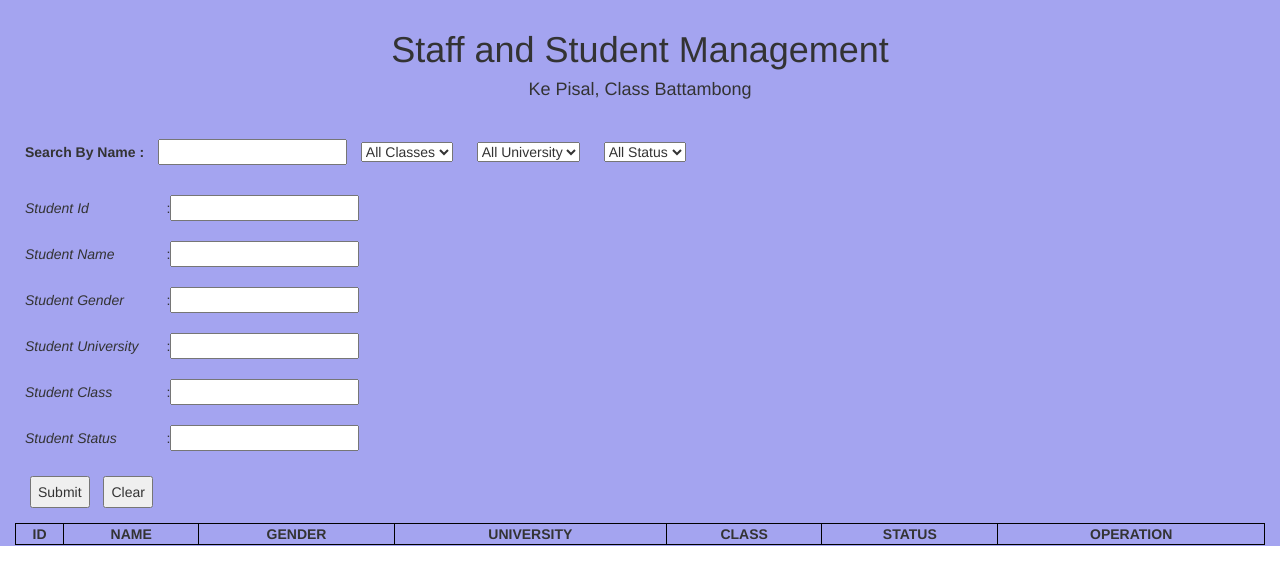
Repository: kepisal/ServletJAVA
Page: http://localhost/AjaxStaffandStudent/
An editor plug-in stored every save of this project. The page is shown before and after the next save, followed by the edit.
The browser window is 1280 px wide. The pictures show the whole page.
The page is served by Tomcat 9. Other server files are loaded and not shown. Queries for data that is not in the repository find no rows.

Above is the page before, as saved 2015-07-10 16:41:31.

### AjaxStaffandStudent/WebContent/index.jsp
<%@ page language="java" contentType="text/html; charset=ISO-8859-1"
	pageEncoding="ISO-8859-1"%>
<!DOCTYPE html>
<html>
<head>
<meta http-equiv="Content-Type" content="text/html; charset=ISO-8859-1">
<title>Staff and Student Management</title>
<link rel="stylesheet" type="text/css"
	href="bootstrap/css/bootstrap.css">
<!-- <link rel="stylesheet" type="text/css" href="css/style.css"> -->

<!-- <script
	src="http://ajax.googleapis.com/ajax/libs/jquery/1.11.3/jquery.min.js"></script> -->
<script type="text/javascript" src="js/jquery-min.js"></script>
<script type="text/javascript" src="bootstrap/js/bootstrap.js"></script>
<script type="text/javascript" src="bootstrap/js/bootstrap.min.js"></script>
<style type="text/css">
.maincontent {
	background-color: #A4A4F0;
}

#title {
	padding: 10px;
	width: 100%;
}

option {
	height: 23px;
}

.mytb td, .mytb th {
	border: 1px solid black;
	border-collapse: collapse;
	text-align: center;
}

#title {
	text-align: center;
}

img {
	width: 20px;
}

#classlist, #universitylist, #txtinput, #statuslist {
	display: inline-block;
	margin: 10px;
}

button {
	margin: 5px;
	height: 32px
}

.stuform td {
	padding: 10px;
	border: 0px;
}
</style>
</head>
<body>
	<div class="maincontent col-sm-12">
		<div id="sheader">
			<div id="title">
				<h1>Staff and Student Management</h1>
				<h4>Ke Pisal, Class Battambong</h4>
			</div>
			<div id="classlist">
				<label>Search By Name : </label> <input type=text id=txtinput /> <select
					id=classselected onclick="searchClass()">

				</select>
			</div>
			<div id="universitylist">
				<select id=unvselected onclick="searchUniversity()">

				</select>
			</div>
			<div id="statuslist">
				<select id=statusselected onclick="searchStatus()">
					<option value=''>All Status</option>
					<option value=1>Active</option>
					<option value=0>Deactive</option>
				</select>
			</div>
		</div>
		<div id="sform">
			<table class="stuform">
				<tr>
					<td><i>Student Id</i></td>
					<td>&nbsp;&nbsp;:<input /></td>
				</tr>
				<tr>
					<td><i>Student Name </i></td>
					<td>&nbsp;&nbsp;:<input /></td>
				</tr>
				<tr>
					<td><i>Student Gender </i></td>
					<td>&nbsp;&nbsp;:<input /></td>
				</tr>
				<tr>
					<td><i>Student University </i></td>
					<td>&nbsp;&nbsp;:<input /></td>
				</tr>
				<tr>
					<td><i>Student Class </i></td>
					<td>&nbsp;&nbsp;:<input /></td>
				</tr>
				<tr>
					<td><i>Student Status </i></td>
					<td>&nbsp;&nbsp;:<input /></td>
				</tr>
				<tr>
					<td colspan="2"><button id="btnadd btn btn-success"
							onclick="add()">Submit</button>
						<button id="btnclear btn btn-success" onclick="add()">Clear</button></td>
				</tr>
			</table>
		</div>
		<div id="sbody">
			<table class="mytb col-sm-12">
				<thead>
					<tr>
						<th>ID</th>
						<th>NAME</th>
						<th>GENDER</th>
						<th>UNIVERSITY</th>
						<th>CLASS</th>
						<th>STATUS</th>
						<th>OPERATION</th>
					</tr>
				</thead>
				<tbody id="tblist">
				</tbody>
			</table>
			<div id="sdetails">
				<!-- <i><h2>-------------Information Detail------------</h2></i> <label>ID
				:</label>
			<h3 id="stuid"></h3>
			<label>NAME :</label>
			<h3 id="stuname"></h3>
			<label>GENDER :</label>
			<h3 id="stugender"></h3>
			<label>UINVERSITY :</label>
			<h3 id="stuuniversity"></h3>
			<label>CLASS :</label>
			<h3 id="stuclass"></h3>
			<label>STATUS :</label>
			<h3 id="stustatus">ss</h3>
			<i><h2>-------------Information Detail------------</h2></i> -->
			</div>
		</div>
		<div class="col-sm-3"></div>
	</div>
	<script type="text/javascript" src="js/script.js"></script>
</body>
</html>

### AjaxStaffandStudent/WebContent/js/script.js
$(document).ready(function() {
	lists(); // list all objects in table
	droplist(); // list all objects in dropdownlist(class, university)
	$("#txtinput").keyup(function() {
		searchName($("#txtinput").val()); // action keyup on textbox
	});
});
/*
 * @param : data is JSon generate <option> value </option> for dropdownlist
 * class
 */
function classlist(data) {
	var str = "";
	str += "<option value=''>All Classes</option>;";
	for (var i = 0; i < data.length; i++) {
		str += "<option value=" + data[i].classes + ">" + data[i].classes;
	}
	str += "</option>";
	return str;
}
/*
 * @param : data is JSon generate <option> value </option> for dropdownlist
 * university
 */
function unvlist(data) {
	var str = "";
	str += "<option value=''>All University</option>;";
	for (var i = 0; i < data.length; i++) {
		str += "<option value=" + data[i].unversity + ">" + data[i].unversity;
	}
	str += "</optiont>";
	return str;
}

/*
 * get data from url and put into function with param
 */
function droplist() {
	$.post("classlist.hrd", function(data) {
		$("#classselected").html(classlist(data));
	});
	$.post("universitylist.hrd", function(data) {
		$("#unvselected").html(unvlist(data));
	});
}
/*
 * generate rows inside table list
 */
function lists() {
	$.post("listobject.hrd", function(data) {
		$("#tblist").html(listobjectdetails(data));
	});

}
/*
 * create tag <tr><td> value </td></tr> follow data
 */
function listobjectdetails(data) {
	var str = "";
	for (var i = 0; i < data.length; i++) {

		str += "<tr>" + "<td id=studid" + i + ">" + data[i].stuid + "</td>"
				+ "<td>" + data[i].stuname + "</td>" + "<td>"
				+ checkGender(data[i].gender) + "</td>" + "<td>"
				+ data[i].unversity + "</td>" + "<td>" + data[i].classes
				+ "</td>" + "<td>" + checkStatus(data[i].status, i) + "</td>"
				+ "<td><button class=btnEdit" + i + " onclick=editFun(" + i
				+ ")>Edit</button><button class=btnRemove" + i
				+ " onclick=removeFun(" + i
				+ ")>Remove</button><button  class=btnView" + i
				+ " onclick=viewFun(" + i + ")>View</button></td>" + "</tr>";
	}

	str += "</table>";

	return str;
}
/*
 * create form for edit and insertion
 */
function myform() {
	var str = "";
}

/*
 * change value 0,1 to male and female
 */
function checkGender(data) {
	var gender;
	if (data == 0) {
		gender = "Male";
	} else {
		gender = "Female";
	}
	return gender;
}
/*
 * change value 0,1 to image 0.png and 1.png
 */
function checkStatus(data, i) {
	var img;
	if (data == 0) {
		img = "<a href=#><img src=img/0.png id=mydata" + i
				+ " onclick=updateStatus(" + i + "," + data + ")></a>";
	} else {
		img = "<a href=#><img src=img/1.png id=mydata" + i
				+ " onclick=updateStatus(" + i + "," + data + ")></a>";
	}
	return img;
}
/*
 * @param : id, value id -> id of each students value -> value of status update
 * status
 */
function updateStatus(id, value) {
	var stuid = $("#studid" + id).text();
	var active;
	if (value == 0) {
		active = 1;
	} else {
		active = 0;
	}
	$.post("editobject.hrd", {
		stu_id : stuid,
		stu_status : active
	}, function(data) {
		lists();
	});
}
/*
 * search by name()
 */
function searchName() {
	var stuname = $('#txtinput').val();
	var stuclass = $('#classselected option:selected').val();
	var stuuniver = $('#unvselected option:selected').val();
	var stustatus = $('#statusselected option:selected').val();
	if (stuname == '') {
		lists();
	}
	$.post("searchobject.hrd", {
		stu_name : stuname,
		stu_class : stuclass,
		stu_university : stuuniver,
		stu_status : stustatus
	}, function(data) {
		$("#tblist").html(listobjectdetails(data));
	});
}
/*
 * search by class()
 */
function searchClass() {
	var stuname = $('#txtinput').val();
	var stuclass = $('#classselected option:selected').val();
	var stuuniver = $('#unvselected option:selected').val();
	var stustatus = $('#statusselected option:selected').val();
	$.post("searchobject.hrd", {
		stu_name : stuname,
		stu_class : stuclass,
		stu_university : stuuniver,
		stu_status : stustatus
	}, function(data) {
		$("#tblist").html(listobjectdetails(data));
	});
}
/*
 * search by university()
 */
function searchUniversity() {
	var stuname = $('#txtinput').val();
	var stuclass = $('#classselected option:selected').val();
	var stuuniver = $('#unvselected option:selected').val();
	var stustatus = $('#statusselected option:selected').val();
	$.post("searchobject.hrd", {
		stu_name : stuname,
		stu_class : stuclass,
		stu_university : stuuniver,
		stu_status : stustatus
	}, function(data) {
		$("#tblist").html(listobjectdetails(data));
	});
}
/*
 * search by status()
 */
function searchStatus() {
	var stuname = $('#txtinput').val();
	var stuclass = $('#classselected option:selected').val();
	var stuuniver = $('#unvselected option:selected').val();
	var stustatus = $('#statusselected option:selected').val();
	$.post("searchobject.hrd", {
		stu_name : stuname,
		stu_class : stuclass,
		stu_university : stuuniver,
		stu_status : stustatus
	}, function(data) {
		$("#tblist").html(listobjectdetails(data));
	});
}
/*
 * Add Function
 */
function add() {
	$("#sbody").load("pages/addForm.html"); // load file from article
}

function editFun(i) {
	alert("This is Edit" + $("#studid" + i).text());
}
function removeFun(i) {
	var stuid = $("#studid" + i).text();
	$.post("deleteobject.hrd", {
		stu_id : stuid
	}, function(data) {
		lists();
	});
}
function viewFun(i) {
	var stuid = $("#studid" + i).text();
	$.post("viewobject.hrd", {
		stu_id : stuid
	}, function(data) {
		$("#sbody").load("pages/viewdetails.html");
	});
}

### AjaxStaffandStudent/src/Controller/Front_Controller.java
package Controller;
import java.io.IOException;

import javax.servlet.RequestDispatcher;
import javax.servlet.ServletException;
import javax.servlet.annotation.WebServlet;
import javax.servlet.http.HttpServlet;
import javax.servlet.http.HttpServletRequest;
import javax.servlet.http.HttpServletResponse;

import Model.ObjectDAO;

@WebServlet("*.hrd")
public class Front_Controller extends HttpServlet {
	private static final long serialVersionUID = 1L;

	public Front_Controller() {
		super();
	}

	protected void doGet(HttpServletRequest request, HttpServletResponse response) throws ServletException, IOException {
		doProcess(request, response);
	}

	protected void doPost(HttpServletRequest request, HttpServletResponse response) throws ServletException, IOException {
		doProcess(request, response);
	}

	protected void doProcess(HttpServletRequest request, HttpServletResponse response) throws ServletException, IOException {
		String RequestURI = request.getRequestURI();

		System.out.println(RequestURI);
		String contextPath = request.getContextPath();
		System.out.println(contextPath);
		String command = RequestURI.substring(contextPath.length());
		ActionForward forward = null;
		Action action = null;

		System.out.println(command);

		switch(command){
			case "/listobject.hrd":
				action = new ListObject();
				try {
					forward = action.execute(request, response);
					System.out.println(forward);
				} catch (Exception e) {
					e.printStackTrace();
				}
				break;
			case "/classlist.hrd":
				action = new classList();
				try {
					forward = action.execute(request, response);
					System.out.println(forward);
				} catch (Exception e) {
					e.printStackTrace();
				}
				break;
			case "/universitylist.hrd":
				action = new universityList();
				try {
					forward = action.execute(request, response);
					System.out.println(forward);
				} catch (Exception e) {
					e.printStackTrace();
				}
				break;
			case "/editobject.hrd":
				action = new EditObject();
				try {
					forward = action.execute(request, response);
				} catch (Exception e) {
					e.printStackTrace();
				}
				break;
			case "/searchobject.hrd":
				action = new Search();
				try {
					forward = action.execute(request, response);
				} catch (Exception e) {
					e.printStackTrace();
				}
				break;
			case "/viewobject.hrd":
				action = new ViewObject();
				try {
					forward = action.execute(request, response);
				} catch (Exception e) {
					e.printStackTrace();
				}
				break;
			case "/deleteobject.hrd":
				action = new DeleteObject();
				try {
					forward = action.execute(request, response);
				} catch (Exception e) {
					e.printStackTrace();
				}
				break;
			default :
				forward = new ActionForward();
				forward.setPath("404.jsp");
				forward.setRedirect(false);
				break;


		}

		if (forward != null) {
			if (forward.isRedirect()) {
				response.sendRedirect(forward.getPath());
			} else {
				RequestDispatcher dispatcher = request
						.getRequestDispatcher(forward.getPath());
				dispatcher.forward(request, response);
			}

		}

	}
}

### AjaxStaffandStudent/src/Controller/ListObject.java
package Controller;

import java.util.ArrayList;

import javax.servlet.http.HttpServletRequest;
import javax.servlet.http.HttpServletResponse;

import com.google.gson.Gson;

import Controller.Action;
import Controller.ActionForward;
import Model.ObjectDAO;
import Model.ObjectDTO;

public class ListObject implements Action {

	@Override
	public ActionForward execute(HttpServletRequest request,
			HttpServletResponse response) throws Exception {

		ObjectDAO dao = new ObjectDAO();
		ArrayList<ObjectDTO> objectlist = dao.list();

		response.setContentType("application/json");
		response.setCharacterEncoding("UTF-8");
		String obj= new Gson().toJson(objectlist);

		response.getWriter().write(obj);


		return null;
	}

}

### AjaxStaffandStudent/src/Model/ObjectDAO.java
package Model;

import java.beans.Statement;
import java.sql.Connection;
import java.sql.DriverManager;
import java.sql.PreparedStatement;
import java.sql.ResultSet;
import java.sql.SQLException;
import java.util.ArrayList;
import java.sql.*;

import javax.naming.InitialContext;
import javax.sql.DataSource;

public class ObjectDAO {
	static Connection cn;

	/*
	 * list all of elements in database return Arraylist objects
	 */
	public ArrayList<ObjectDTO> list() throws SQLException,
			ClassNotFoundException {

		String sql = "select * from hrd_students";
		java.sql.Statement stm = cn.createStatement();
		ResultSet rs = stm.executeQuery(sql);
		ArrayList<ObjectDTO> objectdto = new ArrayList<ObjectDTO>();
		try {
			while (rs.next()) {
				objectdto.add(new ObjectDTO(rs.getString("stu_id"), rs
						.getString("stu_name"), rs.getInt("stu_gender"), rs
						.getString("stu_university"),
						rs.getString("stu_class"), rs.getInt("stu_status")));
			}

		} catch (Exception e) {
			e.printStackTrace();
		}
		return objectdto;
	}

	/*
	 * @param : id and status function update status 0 to 1 and 1 to 0 follow id
	 * return true/false for success or faild
	 */
	public boolean update(String id, int status) throws SQLException {
		try (PreparedStatement pstm = cn
				.prepareStatement("update hrd_students set stu_status=? where stu_id=?");) {

			pstm.setString(1, String.valueOf(status));
			pstm.setString(2, id);
			return pstm.execute();
		} catch (Exception e) {
			e.printStackTrace();
		}
		return false;
	}

	/*
	 * distinct the class value return Arraylist objects (0,1)
	 */
	public ArrayList<ObjectDTO> classList() throws SQLException {
		String sql = "SELECT distinct stu_class FROM hrd_students";
		java.sql.Statement stm = cn.createStatement();
		ResultSet rs = stm.executeQuery(sql);
		ArrayList<ObjectDTO> objectdto = new ArrayList<ObjectDTO>();
		try {
			while (rs.next()) {
				objectdto.add(new ObjectDTO("", "", 0, "", rs
						.getString("stu_class"), 0));
			}
		} catch (Exception e) {
			e.printStackTrace();
		}
		return objectdto;
	}

	/*
	 * distinct the university value return Arraylist objects (0,1)
	 */
	public ArrayList<ObjectDTO> universityList() throws SQLException {
		String sql = "select distinct stu_university from hrd_students";
		java.sql.Statement stm = cn.createStatement();
		ResultSet rs = stm.executeQuery(sql);
		ArrayList<ObjectDTO> objectdto = new ArrayList<ObjectDTO>();
		try {
			while (rs.next()) {
				objectdto.add(new ObjectDTO("", "", 0, rs
						.getString("stu_university"), "", 0));
			}
		} catch (Exception e) {
			e.printStackTrace();
		}
		return objectdto;
	}

	/*
	 * Search all of content by name, class, university and status return as
	 * ArrayList objects
	 */
	public ArrayList<ObjectDTO> search(String name, String classes,
			String university, String status) throws SQLException {
		PreparedStatement ps = cn
				.prepareStatement("select * from hrd_students where stu_university LIKE ? and stu_class LIKE ? and stu_status LIKE ? and stu_name like ?");
		ps.setString(1, university + "%");
		ps.setString(2, classes + "%");
		ps.setString(3, status + "%");
		ps.setString(4, "%" + name + "%");
		ResultSet rs = ps.executeQuery();
		ArrayList<ObjectDTO> alist = new ArrayList<ObjectDTO>();
		while (rs.next()) {
			alist.add(new ObjectDTO(rs.getString("stu_id"), rs
					.getString("stu_name"), rs.getInt("stu_gender"), rs
					.getString("stu_university"), rs.getString("stu_class"), rs
					.getInt("stu_status")));
		}
		return alist;
	}

	public ObjectDTO viewObject(String id) throws SQLException {
		String sql = "select * from hrd_students where stu_id=?";
		PreparedStatement pstm = cn.prepareStatement(sql);
		pstm.setString(1, id);
		ResultSet rs = pstm.executeQuery();
		ObjectDTO objectdto = new ObjectDTO();
		try {
			if (rs.next()) {
				objectdto = new ObjectDTO(rs.getString("stu_id"),
						rs.getString("stu_name"), rs.getInt("stu_gender"),
						rs.getString("stu_university"),
						rs.getString("stu_class"), rs.getInt("stu_status"));
			}

		} catch (Exception e) {
			e.printStackTrace();
		}
		return objectdto;
	}

	public boolean DeleteObject(String id) throws SQLException {
		String sql = "delete from hrd_students where stu_id=?";
		PreparedStatement pstm = cn.prepareStatement(sql);
		pstm.setString(1, id);
		return pstm.execute();
	}

	/********************** Here is Connection Database *********************************/
	static {
		try {
			Class.forName("com.mysql.jdbc.Driver");
			cn = DriverManager.getConnection(
					"jdbc:mysql://localhost:3306/ssdbmanage", "admin", "admin");
		} catch (Exception e) {
			// TODO Auto-generated catch block
			e.printStackTrace();
		}
	}
	/**********************
	 * Here is Connection Database
	 *
	 * @throws SQLException
	 *********************************/

}

### AjaxStaffandStudent/src/Controller/classList.java
package Controller;

import java.util.ArrayList;

import javax.servlet.http.HttpServletRequest;
import javax.servlet.http.HttpServletResponse;

import Model.ObjectDAO;
import Model.ObjectDTO;

import com.google.gson.Gson;

public class classList implements Action {

	public ActionForward execute(HttpServletRequest request,
			HttpServletResponse response) throws Exception {

		ObjectDAO dao = new ObjectDAO();
		ArrayList<ObjectDTO> objectlist = dao.classList();

		response.setContentType("application/json");
		response.setCharacterEncoding("UTF-8");
		String obj= new Gson().toJson(objectlist);

		response.getWriter().write(obj);
		return null;
	}

}

### AjaxStaffandStudent/src/Controller/universityList.java
package Controller;

import java.util.ArrayList;

import javax.servlet.http.HttpServletRequest;
import javax.servlet.http.HttpServletResponse;

import Model.ObjectDAO;
import Model.ObjectDTO;

import com.google.gson.Gson;

public class universityList implements Action {
	public ActionForward execute(HttpServletRequest request,
			HttpServletResponse response) throws Exception {

		ObjectDAO dao = new ObjectDAO();
		ArrayList<ObjectDTO> objectlist = dao.universityList();

		response.setContentType("application/json");
		response.setCharacterEncoding("UTF-8");
		String obj= new Gson().toJson(objectlist);

		response.getWriter().write(obj);
		return null;
	}
}

Loaded but not shown: AjaxStaffandStudent/WebContent/bootstrap/css/bootstrap.css (library); AjaxStaffandStudent/WebContent/js/jquery-min.js (library); AjaxStaffandStudent/WebContent/bootstrap/js/bootstrap.js (library); AjaxStaffandStudent/WebContent/bootstrap/js/bootstrap.min.js (library)

After the next save:
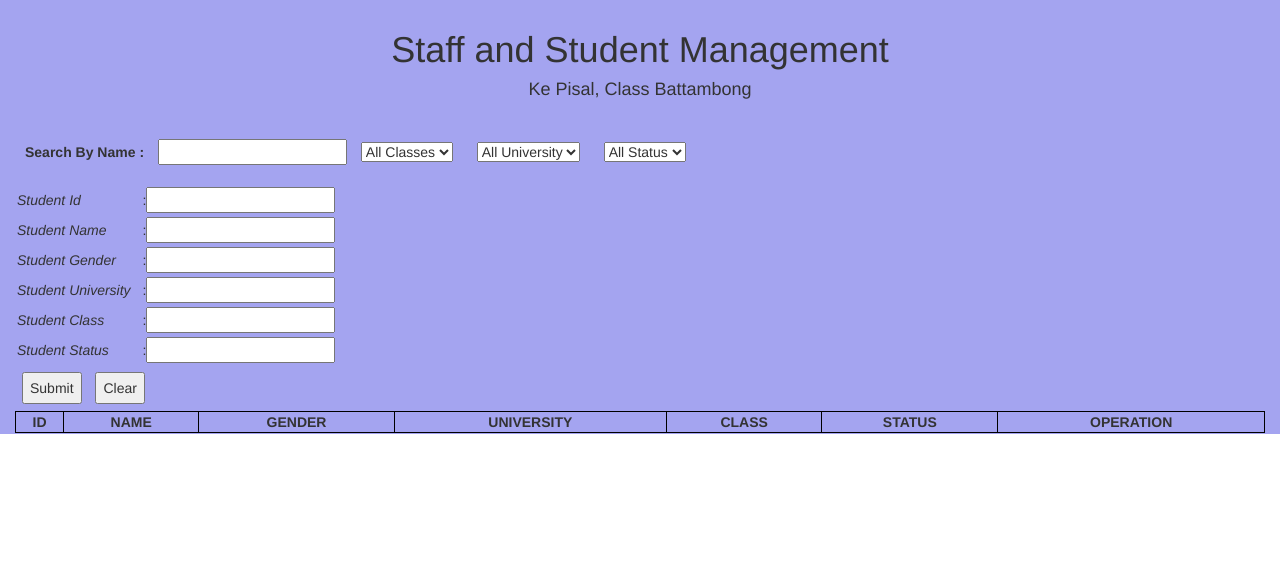
Saved 11 s later.
--- a/AjaxStaffandStudent/WebContent/index.jsp
+++ b/AjaxStaffandStudent/WebContent/index.jsp
@@ -53,7 +53,7 @@ button {
 }
 
 .stuform td {
-	padding: 10px;
+	padding: 2px;
 	border: 0px;
 }
 </style>
